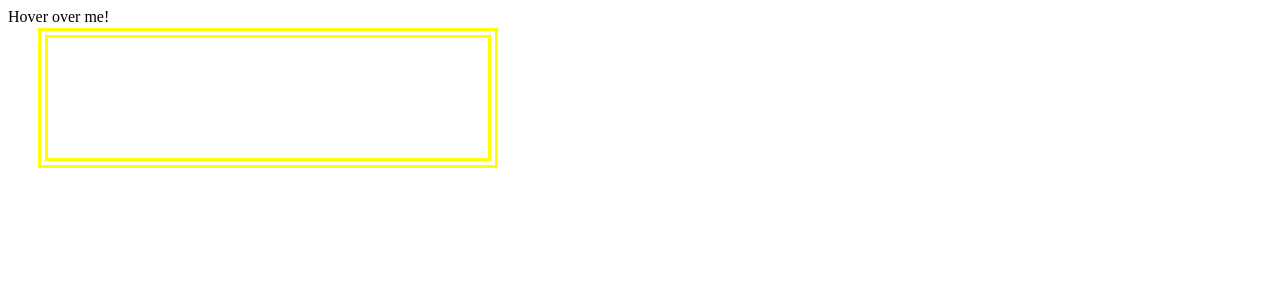
Repository: Ricka001/webweb
Page: index.html
These files come from the project's save history. The page is drawn as it stood at one moment and after the next save; the edit follows.
The browser window is 1280 px wide. The pictures show the whole page.

Above is the page before, as saved 2024-09-03 02:19:18.

After the next save:
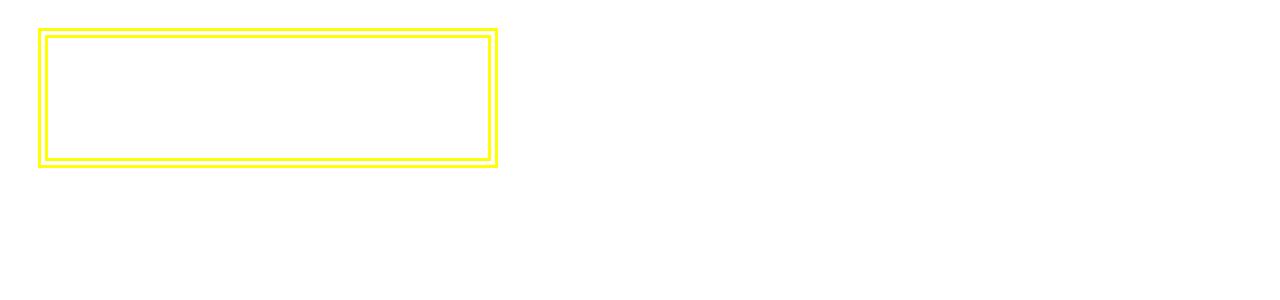
Saved 17 s later.
--- a/index.html
+++ b/index.html
@@ -75,8 +75,6 @@
         </div>
 
         </section>
-        <span>Hover over me!</span>
-        <div>I will show on hover</div>
 
         </div>
         </div>
